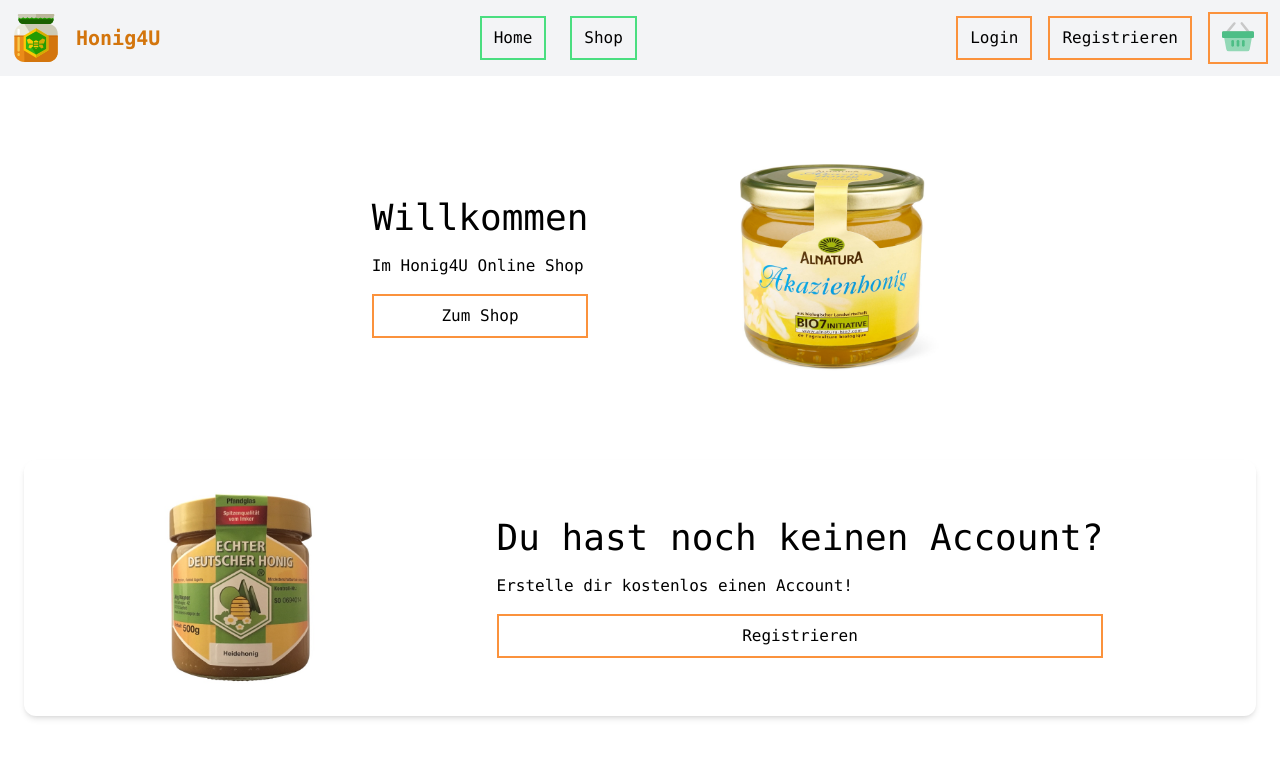
Repository: cainytheslave/PHPHonigShop
Page: http://localhost/
These files come from the project's save history. The page is drawn as it stood at one moment and after the next save; the edit follows.
The browser window is 1280 px wide. The pictures show the whole page.
The page is run by PHP 8.4 with error messages shown; the project is at /var/www/html/. Style sheets and scripts are compiled from the project's sources, by tool versions that may differ from the author's.

Above is the page before, as saved 2022-03-11 22:12:12.

After the next save:
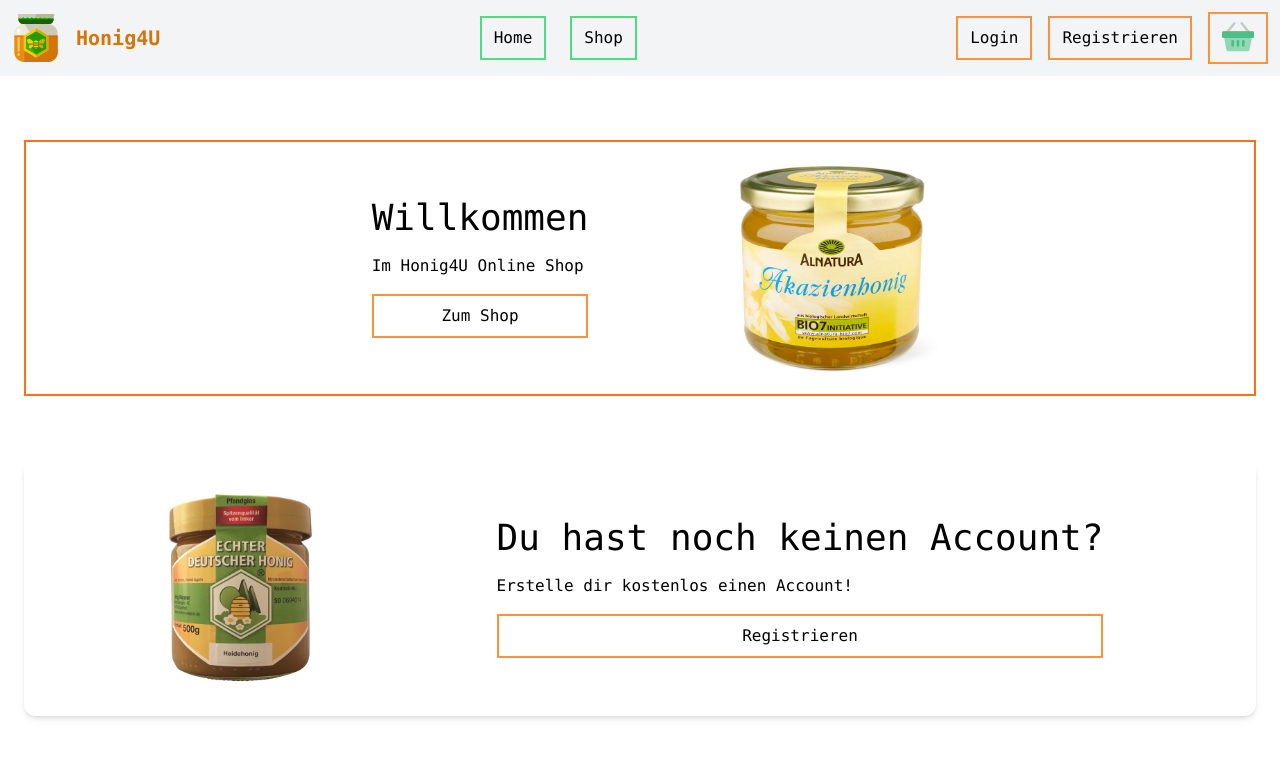
Saved 4 s later.
--- a/index.php
+++ b/index.php
@@ -28,7 +28,7 @@
 
     <main class="flex flex-col gap-16 px-6 py-16 mx-auto max-w-7xl">
         <!-- Hero Section -->
-        <div class="relative flex justify-center w-full h-64 gap-16 overflow-hidden border-orange-500">
+        <div class="relative flex justify-center w-full h-64 gap-16 overflow-hidden border-orange-500 border-2">
             <div class="flex items-center h-full px-16 bg-white">
                 <div class="flex flex-col gap-4">
                     <h1 class="text-4xl">Willkommen</h1>
